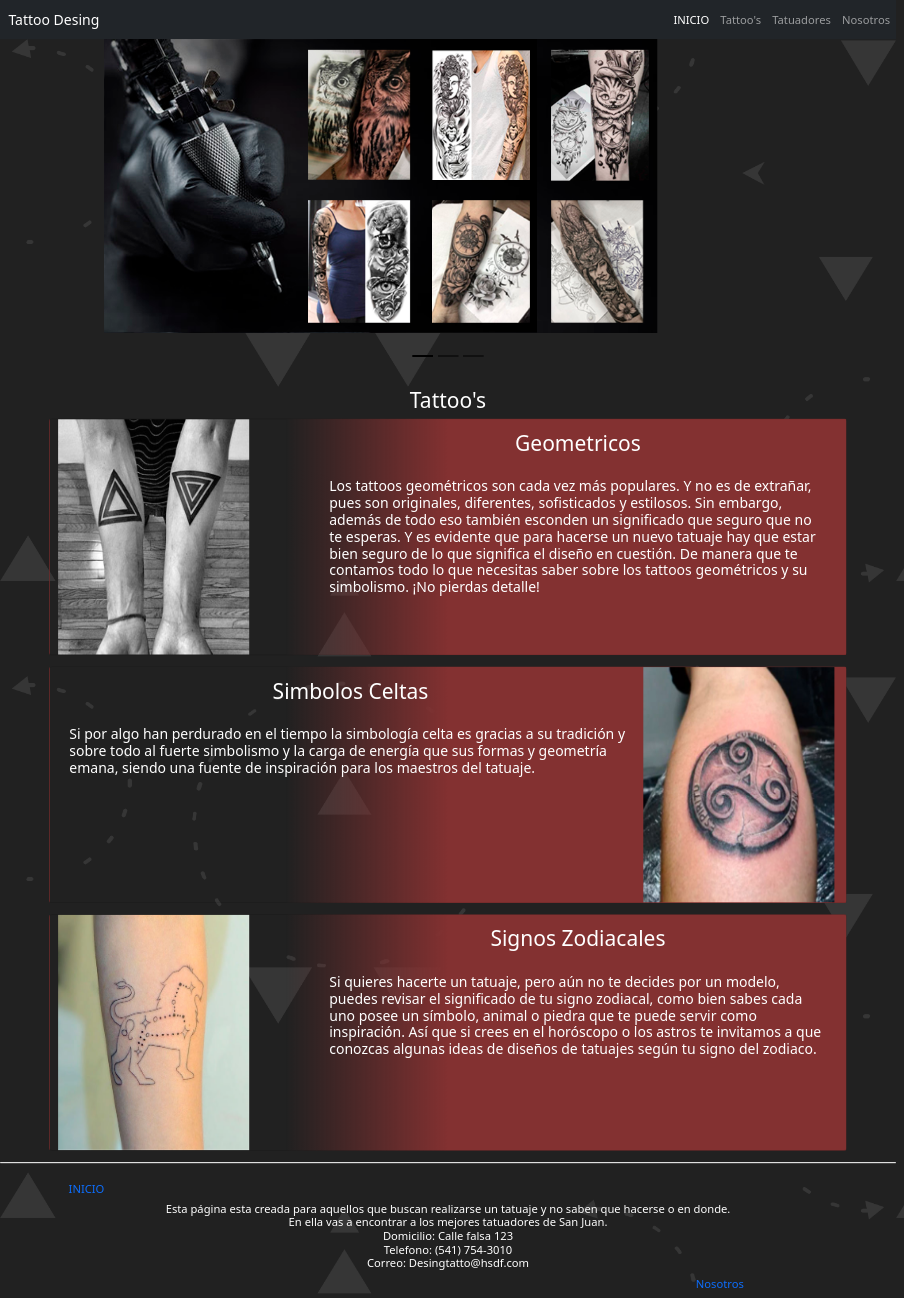
Repository: Vladimir-22/TatooDesign
Page: index.html
These files come from the project's save history. The page is drawn as it stood at one moment and after the next save; the edit follows.
The browser window is 1280 px wide. The page is 1292 px wide, so the pictures cover 1292 px, including what lies to the right of the window. The pictures show the whole page, at 70% of full size.
Some web libraries are served in a nearby version.

Above is the page before, as saved 2021-05-19 23:03:39.

### index.html
<!DOCTYPE html>
<html lang="es">
  <head>
    <meta charset="UTF-8" />
    <meta http-equiv="X-UA-Compatible" content="IE=edge" />
    <meta name="viewport" content="width=device-width, initial-scale=1.0" />
    <link
      href="https://cdn.jsdelivr.net/npm/bootstrap@5.0.0-beta3/dist/css/bootstrap.min.css"
      rel="stylesheet"
      integrity="sha384-eOJMYsd53ii+scO/bJGFsiCZc+5NDVN2yr8+0RDqr0Ql0h+rP48ckxlpbzKgwra6"
      crossorigin="anonymous"
    />
    <script
      src="https://cdn.jsdelivr.net/npm/bootstrap@5.0.0-beta3/dist/js/bootstrap.bundle.min.js"
      integrity="sha384-JEW9xMcG8R+pH31jmWH6WWP0WintQrMb4s7ZOdauHnUtxwoG2vI5DkLtS3qm9Ekf"
      crossorigin="anonymous"
    ></script>
    <script
      src="https://cdn.jsdelivr.net/npm/bootstrap@5.0.0-beta3/dist/js/bootstrap.bundle.min.js"
      integrity="sha384-JEW9xMcG8R+pH31jmWH6WWP0WintQrMb4s7ZOdauHnUtxwoG2vI5DkLtS3qm9Ekf"
      crossorigin="anonymous"
    ></script>
    <script
      src="https://cdn.jsdelivr.net/npm/@popperjs/core@2.9.1/dist/umd/popper.min.js"
      integrity="sha384-SR1sx49pcuLnqZUnnPwx6FCym0wLsk5JZuNx2bPPENzswTNFaQU1RDvt3wT4gWFG"
      crossorigin="anonymous"
    ></script>
    <script
      src="https://cdn.jsdelivr.net/npm/bootstrap@5.0.0-beta3/dist/js/bootstrap.min.js"
      integrity="sha384-j0CNLUeiqtyaRmlzUHCPZ+Gy5fQu0dQ6eZ/xAww941Ai1SxSY+0EQqNXNE6DZiVc"
      crossorigin="anonymous"
    ></script>
    <link
      rel="stylesheet"
      href="https://use.fontawesome.com/releases/v5.8.1/css/all.css"
      integrity="sha384-50oBUHEmvpQ+1lW4y57PTFmhCaXp0ML5d60M1M7uH2+nqUivzIebhndOJK28anvf"
      crossorigin="anonymous"
    />
    <link rel="stylesheet" href="css/styles.css" />
    <title>Tattoo Desing</title>
  </head>

  <body>
    <nav class="navbar navbar-expand-lg navbar-dark bg-dark">
      <div class="container-fluid">
        <!-- <i class="fas fa-bars"></i> -->

        <div class="col-md-9">
          <a class="navbar-brand" href="#">Tattoo Desing</a>

          <button
            class="navbar-toggler"
            type="button"
            data-bs-toggle="collapse"
            data-bs-target="#navbarNav"
            aria-controls="navbarNav"
            aria-expanded="false"
            aria-label="Toggle navigation"
          >
            <span class="navbar-toggler-icon"></span>
          </button>
        </div>

        <div class="col-md-3 collapse navbar-collapse" id="navbarNav">
          <ul class="navbar-nav">
            <li class="nav-item">
              <a class="nav-link active" aria-current="page" href="#">INICIO</a>
            </li>
            <li class="nav-item">
              <a class="nav-link" href="tattoo's.html">Tattoo's</a>
            </li>
            <li class="nav-item">
              <a class="nav-link" href="tatuadores.html">Tatuadores</a>
            </li>
            <li class="nav-item">
              <a
                class="nav-link"
                href="nosotros.html"
                tabindex="-1"
                aria-disabled="true"
                >Nosotros</a
              >
            </li>
          </ul>
        </div>
      </div>
    </nav>

    <div class="container">
      <div class="row" id="carrusel">
        <div
          id="carouselExampleDark"
          class="carousel carousel-dark slide"
          data-bs-ride="carousel"
        >
          <div class="carousel-indicators">
            <button
              type="button"
              data-bs-target="#carouselExampleDark"
              data-bs-slide-to="0"
              class="active"
              aria-current="true"
              aria-label="Slide 1"
            ></button>
            <button
              type="button"
              data-bs-target="#carouselExampleDark"
              data-bs-slide-to="1"
              aria-label="Slide 2"
            ></button>
            <button
              type="button"
              data-bs-target="#carouselExampleDark"
              data-bs-slide-to="2"
              aria-label="Slide 3"
            ></button>
          </div>

          <div class="carousel-inner">
            <div class="carousel-item active" data-bs-interval="10000">
              <img
                id="imgCarrusel"
                src="./Agos/Carrusel/trae-tu-diseño.png"
                class="d-block w-20"
                alt="..."
              />
              <!-- <div class="carousel-caption d-none d-md-block">
                            <h5>First slide label</h5>
                            <p>Some representative placeholder content for the first slide.</p>
                        </div> -->
            </div>
            <div class="carousel-item" data-bs-interval="4000">
              <img
                id="imgCarrusel"
                src="./Agos/Carrusel/Tendencias.png"
                class="d-block w-20"
                alt="..."
              />
              <!-- <div class="carousel-caption d-none d-md-block">
                            <h5>Second slide label</h5>
                            <p>Some representative placeholder content for the second slide.</p>
                        </div> -->
            </div>
            <div class="carousel-item" data-bs-interval="2000">
              <img
                id="imgCarrusel"
                src="./Agos/Carrusel/Tatuadores-banner.png"
                class="d-block w-20"
                alt="..."
              />
              <!-- <div class="carousel-caption d-none d-md-block">
                            <h5>Third slide label</h5>
                            <p>Some representative placeholder content for the third slide.</p>
                        </div> -->
            </div>
          </div>

          <!-- <button class="carousel-control-prev" type="button" data-bs-target="#carouselExampleDark" data-bs-slide="prev">
                  <span class="carousel-control-prev-icon" aria-hidden="true"></span>
                  <span class="visually-hidden">Previous</span>
                </button>
                <button class="carousel-control-next" type="button" data-bs-target="#carouselExampleDark" data-bs-slide="next">
                  <span class="carousel-control-next-icon" aria-hidden="true"></span>
                  <span class="visually-hidden">Next</span>
                </button> -->
        </div>
      </div>

      <div class="row section2 text-center">
        <h1>Tattoo's</h1>
      </div>

      <div class="row">
        <!-- <div class="card mb-3">
                <img src="./Pedro/Categorías - Signos Zodiacales/Simbolos Celtas.PNG" class="card-img-top" alt="...">
                <div class="card-body">
                    <h5 class="card-title">Card title</h5>
                    <p class="card-text">This is a wider card with supporting text below as a natural lead-in to additional content. This content is a little bit longer.</p>
                    <p class="card-text"><small class="text-muted">Last updated 3 mins ago</small></p>
                </div>
            </div> -->

        <div id="Geometricos" class="card mb-3" style="max-width: auto">
          <div class="row g-0">
            <div class="col-md-4">
              <img
                id="imagen"
                src="./Pedro/Categorías - descripcion inicio/Tatuajes Geometricos.jpg"
                alt="..."
              />
            </div>
            <div class="col-md-8">
              <div class="card-body">
                <h1 class="card-title">Geometricos</h1>
                <br />
                <h5 id="descrip-gral" class="card-text">
                  Los tattoos geométricos son cada vez más populares. Y no es de
                  extrañar, pues son originales, diferentes, sofisticados y
                  estilosos. Sin embargo, además de todo eso también esconden un
                  significado que seguro que no te esperas. Y es evidente que
                  para hacerse un nuevo tatuaje hay que estar bien seguro de lo
                  que significa el diseño en cuestión. De manera que te contamos
                  todo lo que necesitas saber sobre los tattoos geométricos y su
                  simbolismo. ¡No pierdas detalle!
                </h5>
                <!-- <p class="card-text"><small class="text-muted">Última actualización 3 minutos</small></p> -->
              </div>
            </div>
          </div>
        </div>

        <div id="Celtas" class="card mb-3" style="max-width: auto">
          <div class="row g-0">
            <div class="col-md-9">
              <div class="card-body">
                <h1 class="card-title">Simbolos Celtas</h1>
                <br />
                <h5 id="descrip-gral" class="card-text">
                  Si por algo han perdurado en el tiempo la simbología celta es
                  gracias a su tradición y sobre todo al fuerte simbolismo y la
                  carga de energía que sus formas y geometría emana, siendo una
                  fuente de inspiración para los maestros del tatuaje.
                </h5>
                <!-- <p class="card-text"><small class="text-muted">Última actualización 3 minutos</small></p> -->
              </div>
            </div>
            <div class="col-md-3">
              <img
                id="imagen"
                src="./Pedro/Categorías - descripcion inicio/Simbolos Celtas.jpg"
                alt="..."
              />
            </div>
          </div>
        </div>

        <div id="Zodiacales" class="card mb-3" style="max-width: auto">
          <div class="row g-0">
            <div class="col-md-4">
              <img
                id="imagen"
                src="./Pedro/Categorías - descripcion inicio/Signos Zodiacales.jpg"
                alt="..."
              />
            </div>
            <div class="col-md-8">
              <div class="card-body">
                <h1 class="card-title">Signos Zodiacales</h1>
                <br />
                <h5 id="descrip-gral" class="card-text">
                  Si quieres hacerte un tatuaje, pero aún no te decides por un
                  modelo, puedes revisar el significado de tu signo zodiacal,
                  como bien sabes cada uno posee un símbolo, animal o piedra que
                  te puede servir como inspiración. Así que si crees en el
                  horóscopo o los astros te invitamos a que conozcas algunas
                  ideas de diseños de tatuajes según tu signo del zodiaco.
                </h5>
                <!-- <p class="card-text"><small class="text-muted">Última actualización 3 minutos</small></p> -->
              </div>
            </div>
          </div>
        </div>
      </div>
    </div>
  </body>
  <footer>
    <div class="footer" id="footer">
      <div id="footer" class="card mb-3" style="auto"></div>
        <div class="container">
            <div class="row">
                <div class="col">
                        <a class="nav-link active" aria-current="page" href="#">INICIO</a>
                    </div>
                </div>
                <div class="col-md-2"></div>
            </div>
            <div class="row">
                <div class="col"></div>
                <div class="col-md-8">
                    <h6 id="descrip-gral" class="card-text">
                        Esta página esta creada para aquellos que buscan realizarse un
                        tatuaje y no saben que hacerse o en donde. <br>
                        En ella vas a encontrar a los mejores tatuadores de San Juan.<br>
                        Domicilio: Calle falsa 123<br>
                        Telefono: (541) 754-3010<br>
                        Correo: Desingtatto@hsdf.com<br>
                    </h6>
                </div>
                <div class="col"></div>
            </div>
            <div class="row">
                <div class="col"></div>
                <div class="col"></div>
                <div class="col-md-3">
                    <a class="nav-link" href="nosotros.html" tabindex="-1" aria-disabled="true" >Nosotros</a>
                </div>
            </div>
      </div>
    </div>
  </footer>
</html>

### css/styles.css
body {
    margin: 0 !important;
    padding: 0;
    position: relative;
    /*width: 1440px;
    height: 1024px;*/
    background: #212121;
    background-image: url(../Daniela/Background.png);
    background-position: center;
    background-size: contain;
    /* font-family: NanumGothic; */
}

.section2 {
    margin-top: 7%;
    color: white;
}

.section3 {
    margin-top: 3%;
    color: white;
}

h1 {
    font-size: 30px;
}

h2 {
    font-size: 21px;
}

h3 {
    font-size: 18px;
}

h1,
h2,
h3 {
    color: white;
    text-align: center;
}
h6{
    color: white;
    text-align: center;
    font-weight:100;
}


/*.card img {
    width: 30%;
    height: 30%;
    align-content: center;
} */

nav {
    position: absolute;
    left: 0% !important;
    right: 0% !important;
    top: 0% !important;
    bottom: 0% !important;
    background: #000000 !important;
}

.carousel-indicators {
    left: 0% !important;
    right: 0% !important;
    top: 105% !important;
    bottom: 0% !important;
    margin-top: 0% !important;
}

.carousel-inner {
    left: 6% !important;
    right: 0% !important;
    top: 0% !important;
}



#Geometricos,
#Celtas,
#Zodiacales{
    background: linear-gradient(270deg, #833131 50%, rgba(131, 49, 49, 0) 70.34%);
    border-radius: 4px;
}

#nosotros
{
    background: none;
}

#descrip-gral {
    color: white;
}

#imagen {
    width: 273px;
    height: 336px;
}

#Celtas #imagen {
    right: 100% !important;
    top: 660px;
}

After the next save:
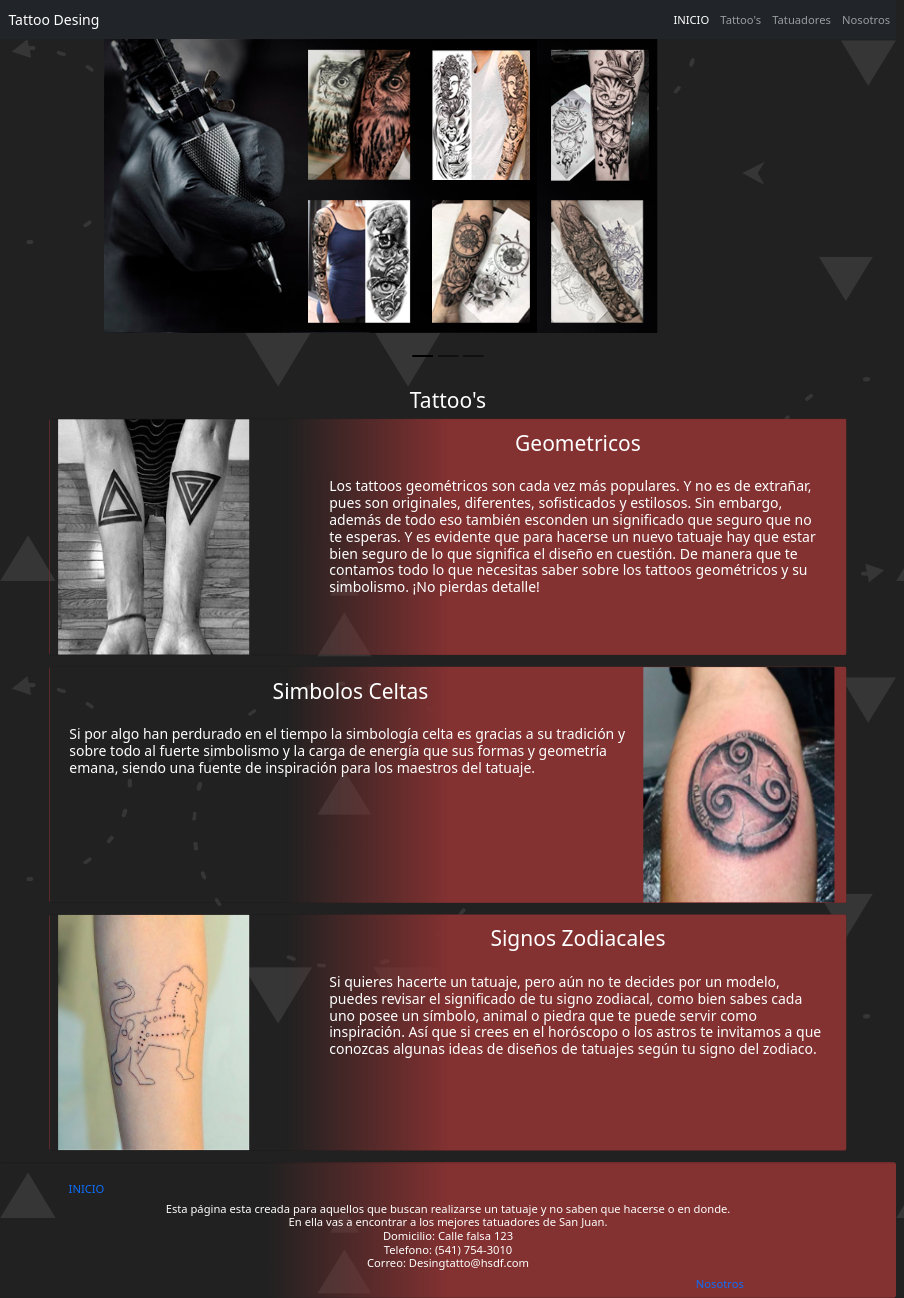
Saved 56 s later.
--- a/css/styles.css
+++ b/css/styles.css
@@ -102,3 +102,7 @@ nav {
     right: 100% !important;
     top: 660px;
 }
+#footer {
+    background: linear-gradient(270deg, #833131 50%, rgba(131, 49, 49, 0) 70.34%);
+    border-radius: 4px;
+}

After the save that followed:
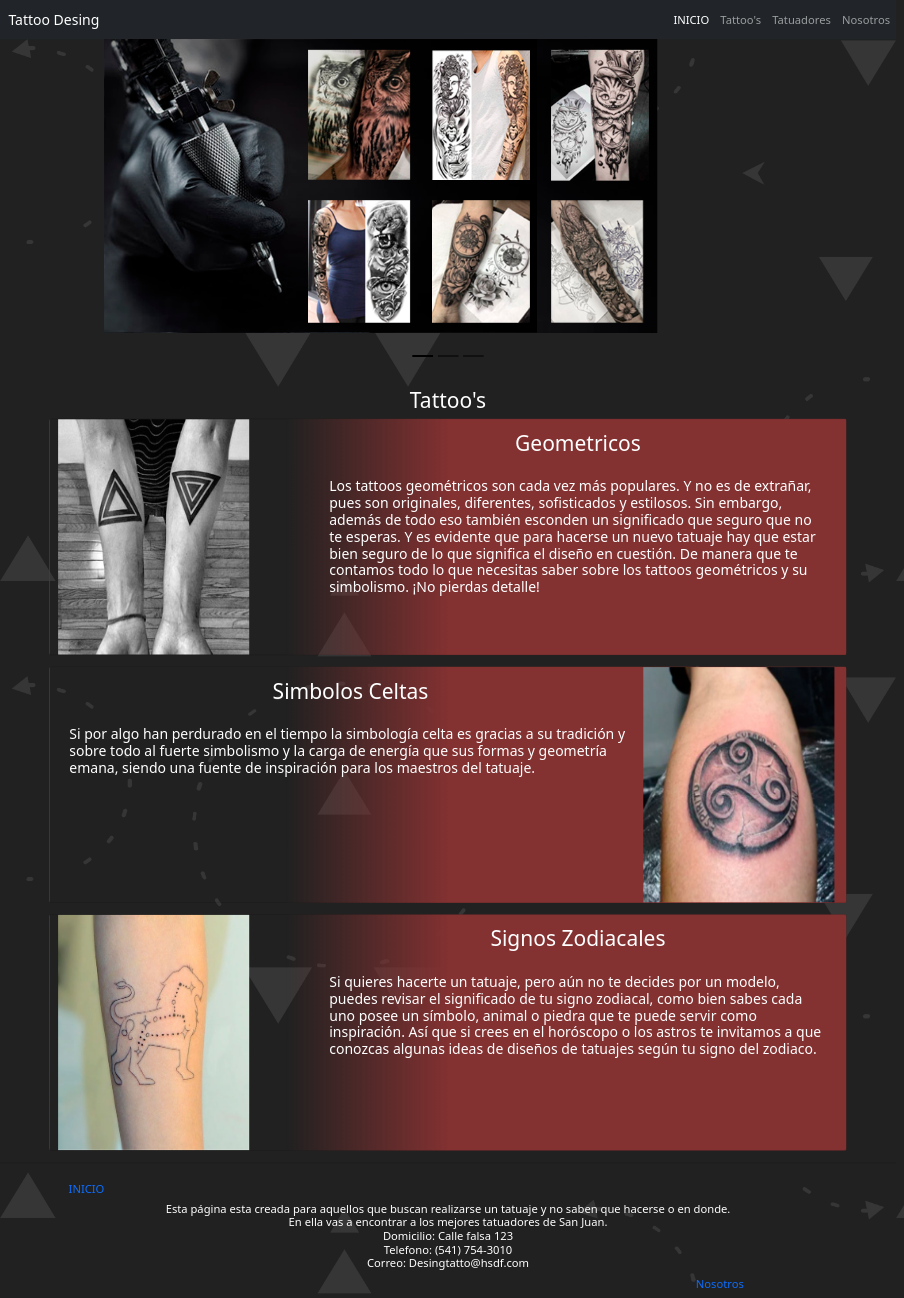
Saved 19 s later.
--- a/css/styles.css
+++ b/css/styles.css
@@ -103,6 +103,6 @@ nav {
     top: 660px;
 }
 #footer {
-    background: linear-gradient(270deg, #833131 50%, rgba(131, 49, 49, 0) 70.34%);
+    background: transparent;
     border-radius: 4px;
 }
